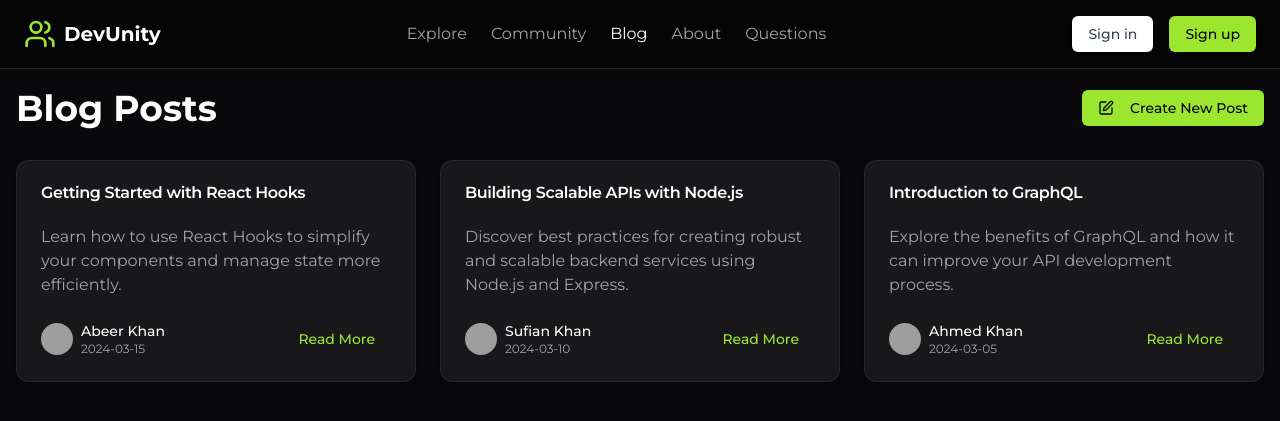
Repository: asadullah48/asadullahshafique_devunity
Page: /blogs
The author's editor kept a copy of each file at every save. The page is drawn from the files as they stood at one save, then again after the next save.
The browser window is 1280 px wide. The pictures show the whole page.
Pictures or frames that could not be fetched are drawn as grey boxes. The project was rebuilt for these pictures with package versions that can differ from the ones it lists, and the page was loaded fresh each time. The framework's server and built-in components were replaced by stand-ins that run in the browser. Also part of the build but not shown: next.config.js, next.config.ts.

Above is the page before, as saved 2024-11-10 10:12:26.

### src/app/layout.tsx
import type { Metadata } from "next";
import "./globals.css";
import { Montserrat } from "next/font/google";
import Navbar from "@/components/Navbar";

const montserrat = Montserrat({ subsets: ["latin"] });

export const metadata: Metadata = {
  title: "DevUnity",
  description:
    "A collaborative platform for developers to share knowledge, answer questions, and publish blogs",
};

export default function RootLayout({
  children,
}: Readonly<{
  children: React.ReactNode;
}>) {
  return (
    <html lang="en">
      <body className={montserrat.className}>
        <Navbar />
        {children}
      </body>
    </html>
  );
}

### src/app/blogs/page.tsx
import Link from "next/link";
import { Button } from "@/components/ui/button";
import {
  Card,
  CardContent,
  CardFooter,
  CardHeader,
  CardTitle,
} from "@/components/ui/card";
import { Avatar, AvatarFallback, AvatarImage } from "@/components/ui/avatar";
import { PenSquare } from "lucide-react";

export default function BlogPage() {
  const blogPosts = [
    {
      title: "Getting Started with React Hooks",
      excerpt:
        "Learn how to use React Hooks to simplify your components and manage state more efficiently.",
      author: "Abeer Khan",
      date: "2024-03-15",
      avatar: "/placeholder.svg?height=50&width=50",
    },
    {
      title: "Building Scalable APIs with Node.js",
      excerpt:
        "Discover best practices for creating robust and scalable backend services using Node.js and Express.",
      author: "Sufian Khan",
      date: "2024-03-10",
      avatar: "/placeholder.svg?height=50&width=50",
    },
    {
      title: "Introduction to GraphQL",
      excerpt:
        "Explore the benefits of GraphQL and how it can improve your API development process.",
      author: "Ahmed Khan",
      date: "2024-03-05",
      avatar: "/placeholder.svg?height=50&width=50",
    },
  ];

  return (
    <div className="min-h-screen bg-zinc-950">
      <div className="container mx-auto px-4 py-8">
        <div className="flex justify-between items-center mb-8 mt-12 md:mt-14">
          <h1 className="text-2xl md:text-4xl font-bold text-white">
            Blog Posts
          </h1>
          <Button className="bg-[#9CE630] text-black hover:bg-[#8BD520]">
            <PenSquare className="mr-2 h-4 w-4" />
            Create New Post
          </Button>
        </div>
        <div className="grid gap-6 md:grid-cols-2 lg:grid-cols-3">
          {blogPosts.map((post, index) => (
            <Card key={index} className="bg-zinc-900 border-zinc-800">
              <CardHeader>
                <CardTitle className="text-white">{post.title}</CardTitle>
              </CardHeader>
              <CardContent>
                <p className="text-zinc-400">{post.excerpt}</p>
              </CardContent>
              <CardFooter className="flex justify-between items-center">
                <div className="flex items-center space-x-2">
                  <Avatar className="h-8 w-8">
                    <AvatarImage src={post.avatar} alt={post.author} />
                    <AvatarFallback>
                      {post.author
                        .split(" ")
                        .map((n) => n[0])
                        .join("")}
                    </AvatarFallback>
                  </Avatar>
                  <div>
                    <p className="text-sm font-medium text-white">
                      {post.author}
                    </p>
                    <p className="text-xs text-zinc-400">{post.date}</p>
                  </div>
                </div>
                <Button
                  variant="ghost"
                  className="text-[#9CE630] hover:text-[#8BD520] hover:bg-zinc-800"
                >
                  Read More
                </Button>
              </CardFooter>
            </Card>
          ))}
        </div>
      </div>
    </div>
  );
}

### src/app/globals.css
@tailwind base;
@tailwind components;
@tailwind utilities;
@layer base {
  :root {
    --background: 0 0% 100%;
    --foreground: 0 0% 3.9%;
    --card: 0 0% 100%;
    --card-foreground: 0 0% 3.9%;
    --popover: 0 0% 100%;
    --popover-foreground: 0 0% 3.9%;
    --primary: 0 0% 9%;
    --primary-foreground: 0 0% 98%;
    --secondary: 0 0% 96.1%;
    --secondary-foreground: 0 0% 9%;
    --muted: 0 0% 96.1%;
    --muted-foreground: 0 0% 45.1%;
    --accent: 0 0% 96.1%;
    --accent-foreground: 0 0% 9%;
    --destructive: 0 84.2% 60.2%;
    --destructive-foreground: 0 0% 98%;
    --border: 0 0% 89.8%;
    --input: 0 0% 89.8%;
    --ring: 0 0% 3.9%;
    --chart-1: 12 76% 61%;
    --chart-2: 173 58% 39%;
    --chart-3: 197 37% 24%;
    --chart-4: 43 74% 66%;
    --chart-5: 27 87% 67%;
    --radius: 0.5rem;
  }
  .dark {
    --background: 0 0% 3.9%;
    --foreground: 0 0% 98%;
    --card: 0 0% 3.9%;
    --card-foreground: 0 0% 98%;
    --popover: 0 0% 3.9%;
    --popover-foreground: 0 0% 98%;
    --primary: 0 0% 98%;
    --primary-foreground: 0 0% 9%;
    --secondary: 0 0% 14.9%;
    --secondary-foreground: 0 0% 98%;
    --muted: 0 0% 14.9%;
    --muted-foreground: 0 0% 63.9%;
    --accent: 0 0% 14.9%;
    --accent-foreground: 0 0% 98%;
    --destructive: 0 62.8% 30.6%;
    --destructive-foreground: 0 0% 98%;
    --border: 0 0% 14.9%;
    --input: 0 0% 14.9%;
    --ring: 0 0% 83.1%;
    --chart-1: 220 70% 50%;
    --chart-2: 160 60% 45%;
    --chart-3: 30 80% 55%;
    --chart-4: 280 65% 60%;
    --chart-5: 340 75% 55%;
  }
}
@layer base {
  * {
    @apply border-border;
  }
  body {
    @apply bg-background text-foreground;
  }
}

@keyframes fade-in-up {
  from {
    opacity: 0;
    transform: translateY(20px);
  }
  to {
    opacity: 1;
    transform: translateY(0);
  }
}

.animate-fade-in-up {
  animation: fade-in-up 1s ease-out;
}

.animation-delay-1000 {
  animation-delay: 1s;
}

### src/components/Navbar.tsx
// "use client";

// import React, { useState } from "react";
// import Link from "next/link";
// import { Button } from "@/components/ui/button";
// import { Users } from "lucide-react";
// import { CgMenuRight } from "react-icons/cg";
// import {
//   Sheet,
//   SheetContent,
//   SheetTitle,
//   SheetTrigger,
// } from "@/components/ui/sheet";
// import { usePathname } from "next/navigation";

// const Navbar = () => {
//   const [isOpen, setIsOpen] = useState(false);
//   const pathname = usePathname();

//   const closeSheet = () => setIsOpen(false);

//   return (
//     <nav className="border-b z-50 absolute w-full bg-black/50 border-zinc-800">
//       <div className="container mx-auto flex items-center justify-between p-4 lg:px-6">
//         <Link className="flex items-center space-x-2" href="/">
//           <Users className="h-8 w-8 text-[#9CE630]" />
//           <span className="text-xl font-bold text-white">DevUnity</span>
//         </Link>
//         <div className="hidden lg:flex items-center space-x-6">
//           <Link className="text-zinc-400 hover:text-white" href="/explore">
//             Explore
//           </Link>
//           <Link className="text-zinc-400 hover:text-white" href="/community">
//             Community
//           </Link>
//           <Link className="text-zinc-400 hover:text-white" href="/blogs">
//             Blog
//           </Link>
//           <Link className="text-zinc-400 hover:text-white" href="/about">
//             About
//           </Link>
//           <Link className="text-zinc-400 hover:text-white" href="/question">
//             Questions
//           </Link>
//         </div>
//         <div className="flex items-center space-x-4">
//           <Button className="text-gray-700 hover:text-black bg-white hover:bg-white/80 ">
//             Sign in
//           </Button>
//           <Button className="bg-[#9CE630] text-black hover:bg-[#8BD520] hidden lg:block">
//             Sign up
//           </Button>
//           <Sheet open={isOpen} onOpenChange={setIsOpen}>
//             <SheetTrigger asChild className="lg:hidden">
//               <CgMenuRight className="h-6 w-6 text-white" />
//             </SheetTrigger>
//             <SheetContent
//               side="right"
//               className="w-[300px] sm:w-[400px] bg-zinc-900 border-none"
//             >
//               <Link href="/" onClick={closeSheet}>
//                 <SheetTitle className="text-bold text-white flex items-center">
//                   <Users className="mr-2 text-[#9CE630]" />
//                   DevUnity
//                 </SheetTitle>
//               </Link>
//               <nav className="flex flex-col space-y-4 mt-8">
//                 <Link
//                   className="text-zinc-400 hover:text-white"
//                   href="/explore"
//                   onClick={closeSheet}
//                 >
//                   Explore
//                 </Link>
//                 <Link
//                   className="text-zinc-400 hover:text-white"
//                   href="/community"
//                   onClick={closeSheet}
//                 >
//                   Community
//                 </Link>
//                 <Link
//                   className="text-zinc-400 hover:text-white"
//                   href="/blogs"
//                   onClick={closeSheet}
//                 >
//                   Blog
//                 </Link>
//                 <Link
//                   className="text-zinc-400 hover:text-white"
//                   href="/about"
//                   onClick={closeSheet}
//                 >
//                   About
//                 </Link>
//                 <Link
//                   className="text-zinc-400 hover:text-white"
//                   href="/question"
//                   onClick={closeSheet}
//                 >
//                   Questions
//                 </Link>
//                 <Button
//                   className="bg-[#9CE630] text-black hover:bg-[#8BD520] w-full mt-4"
//                   onClick={closeSheet}
//                 >
//                   Sign up
//                 </Button>
//               </nav>
//             </SheetContent>
//           </Sheet>
//         </div>
//       </div>
//     </nav>
//   );
// };

// export default Navbar;

"use client";

import React, { useState } from "react";
import Link from "next/link";
import { Button } from "@/components/ui/button";
import { Users } from "lucide-react";
import { CgMenuRight } from "react-icons/cg";
import {
  Sheet,
  SheetContent,
  SheetTitle,
  SheetTrigger,
} from "@/components/ui/sheet";
import { usePathname } from "next/navigation";

const Navbar = () => {
  const [isOpen, setIsOpen] = useState(false);
  const pathname = usePathname(); // Get the current path

  const closeSheet = () => setIsOpen(false);

  // Function to set active class based on path
  const linkClasses = (path: any) =>
    pathname === path ? "text-white" : "text-zinc-400 hover:text-white";

  return (
    <nav className="border-b z-50 absolute w-full bg-black/50 border-zinc-800">
      <div className="container mx-auto flex items-center justify-between p-4 lg:px-6">
        <Link className="flex items-center space-x-2" href="/">
          <Users className="h-8 w-8 text-[#9CE630]" />
          <span className="text-xl font-bold text-white">DevUnity</span>
        </Link>
        <div className="hidden lg:flex items-center space-x-6">
          <Link className={linkClasses("/explore")} href="/explore">
            Explore
          </Link>
          <Link className={linkClasses("/community")} href="/community">
            Community
          </Link>
          <Link className={linkClasses("/blogs")} href="/blogs">
            Blog
          </Link>
          <Link className={linkClasses("/about")} href="/about">
            About
          </Link>
          <Link className={linkClasses("/question")} href="/question">
            Questions
          </Link>
        </div>
        <div className="flex items-center space-x-4">
          <Button className="text-gray-700 hover:text-black bg-white hover:bg-white/80 ">
            Sign in
          </Button>
          <Button className="bg-[#9CE630] text-black hover:bg-[#8BD520] hidden lg:block">
            Sign up
          </Button>
          <Sheet open={isOpen} onOpenChange={setIsOpen}>
            <SheetTrigger asChild className="lg:hidden">
              <CgMenuRight className="h-6 w-6 text-white" />
            </SheetTrigger>
            <SheetContent
              side="right"
              className="w-[300px] sm:w-[400px] bg-zinc-900 border-none"
            >
              <Link href="/" onClick={closeSheet}>
                <SheetTitle className="text-bold text-white flex items-center">
                  <Users className="mr-2 text-[#9CE630]" />
                  DevUnity
                </SheetTitle>
              </Link>
              <nav className="flex flex-col space-y-4 mt-8">
                <Link
                  className={linkClasses("/explore")}
                  href="/explore"
                  onClick={closeSheet}
                >
                  Explore
                </Link>
                <Link
                  className={linkClasses("/community")}
                  href="/community"
                  onClick={closeSheet}
                >
                  Community
                </Link>
                <Link
                  className={linkClasses("/blogs")}
                  href="/blogs"
                  onClick={closeSheet}
                >
                  Blog
                </Link>
                <Link
                  className={linkClasses("/about")}
                  href="/about"
                  onClick={closeSheet}
                >
                  About
                </Link>
                <Link
                  className={linkClasses("/question")}
                  href="/question"
                  onClick={closeSheet}
                >
                  Questions
                </Link>
                <Button
                  className="bg-[#9CE630] text-black hover:bg-[#8BD520] w-full mt-4"
                  onClick={closeSheet}
                >
                  Sign up
                </Button>
              </nav>
            </SheetContent>
          </Sheet>
        </div>
      </div>
    </nav>
  );
};

export default Navbar;

### src/components/ui/button.tsx
import * as React from "react"
import { Slot } from "@radix-ui/react-slot"
import { cva, type VariantProps } from "class-variance-authority"

import { cn } from "@/lib/utils"

const buttonVariants = cva(
  "inline-flex items-center justify-center gap-2 whitespace-nowrap rounded-md text-sm font-medium transition-colors focus-visible:outline-none focus-visible:ring-1 focus-visible:ring-ring disabled:pointer-events-none disabled:opacity-50 [&_svg]:pointer-events-none [&_svg]:size-4 [&_svg]:shrink-0",
  {
    variants: {
      variant: {
        default:
          "bg-primary text-primary-foreground shadow hover:bg-primary/90",
        destructive:
          "bg-destructive text-destructive-foreground shadow-sm hover:bg-destructive/90",
        outline:
          "border border-input bg-background shadow-sm hover:bg-accent hover:text-accent-foreground",
        secondary:
          "bg-secondary text-secondary-foreground shadow-sm hover:bg-secondary/80",
        ghost: "hover:bg-accent hover:text-accent-foreground",
        link: "text-primary underline-offset-4 hover:underline",
      },
      size: {
        default: "h-9 px-4 py-2",
        sm: "h-8 rounded-md px-3 text-xs",
        lg: "h-10 rounded-md px-8",
        icon: "h-9 w-9",
      },
    },
    defaultVariants: {
      variant: "default",
      size: "default",
    },
  }
)

export interface ButtonProps
  extends React.ButtonHTMLAttributes<HTMLButtonElement>,
    VariantProps<typeof buttonVariants> {
  asChild?: boolean
}

const Button = React.forwardRef<HTMLButtonElement, ButtonProps>(
  ({ className, variant, size, asChild = false, ...props }, ref) => {
    const Comp = asChild ? Slot : "button"
    return (
      <Comp
        className={cn(buttonVariants({ variant, size, className }))}
        ref={ref}
        {...props}
      />
    )
  }
)
Button.displayName = "Button"

export { Button, buttonVariants }

### src/components/ui/card.tsx
import * as React from "react"

import { cn } from "@/lib/utils"

const Card = React.forwardRef<
  HTMLDivElement,
  React.HTMLAttributes<HTMLDivElement>
>(({ className, ...props }, ref) => (
  <div
    ref={ref}
    className={cn(
      "rounded-xl border bg-card text-card-foreground shadow",
      className
    )}
    {...props}
  />
))
Card.displayName = "Card"

const CardHeader = React.forwardRef<
  HTMLDivElement,
  React.HTMLAttributes<HTMLDivElement>
>(({ className, ...props }, ref) => (
  <div
    ref={ref}
    className={cn("flex flex-col space-y-1.5 p-6", className)}
    {...props}
  />
))
CardHeader.displayName = "CardHeader"

const CardTitle = React.forwardRef<
  HTMLDivElement,
  React.HTMLAttributes<HTMLDivElement>
>(({ className, ...props }, ref) => (
  <div
    ref={ref}
    className={cn("font-semibold leading-none tracking-tight", className)}
    {...props}
  />
))
CardTitle.displayName = "CardTitle"

const CardDescription = React.forwardRef<
  HTMLDivElement,
  React.HTMLAttributes<HTMLDivElement>
>(({ className, ...props }, ref) => (
  <div
    ref={ref}
    className={cn("text-sm text-muted-foreground", className)}
    {...props}
  />
))
CardDescription.displayName = "CardDescription"

const CardContent = React.forwardRef<
  HTMLDivElement,
  React.HTMLAttributes<HTMLDivElement>
>(({ className, ...props }, ref) => (
  <div ref={ref} className={cn("p-6 pt-0", className)} {...props} />
))
CardContent.displayName = "CardContent"

const CardFooter = React.forwardRef<
  HTMLDivElement,
  React.HTMLAttributes<HTMLDivElement>
>(({ className, ...props }, ref) => (
  <div
    ref={ref}
    className={cn("flex items-center p-6 pt-0", className)}
    {...props}
  />
))
CardFooter.displayName = "CardFooter"

export { Card, CardHeader, CardFooter, CardTitle, CardDescription, CardContent }

### src/components/ui/avatar.tsx
"use client"

import * as React from "react"
import * as AvatarPrimitive from "@radix-ui/react-avatar"

import { cn } from "@/lib/utils"

const Avatar = React.forwardRef<
  React.ElementRef<typeof AvatarPrimitive.Root>,
  React.ComponentPropsWithoutRef<typeof AvatarPrimitive.Root>
>(({ className, ...props }, ref) => (
  <AvatarPrimitive.Root
    ref={ref}
    className={cn(
      "relative flex h-10 w-10 shrink-0 overflow-hidden rounded-full",
      className
    )}
    {...props}
  />
))
Avatar.displayName = AvatarPrimitive.Root.displayName

const AvatarImage = React.forwardRef<
  React.ElementRef<typeof AvatarPrimitive.Image>,
  React.ComponentPropsWithoutRef<typeof AvatarPrimitive.Image>
>(({ className, ...props }, ref) => (
  <AvatarPrimitive.Image
    ref={ref}
    className={cn("aspect-square h-full w-full", className)}
    {...props}
  />
))
AvatarImage.displayName = AvatarPrimitive.Image.displayName

const AvatarFallback = React.forwardRef<
  React.ElementRef<typeof AvatarPrimitive.Fallback>,
  React.ComponentPropsWithoutRef<typeof AvatarPrimitive.Fallback>
>(({ className, ...props }, ref) => (
  <AvatarPrimitive.Fallback
    ref={ref}
    className={cn(
      "flex h-full w-full items-center justify-center rounded-full bg-muted",
      className
    )}
    {...props}
  />
))
AvatarFallback.displayName = AvatarPrimitive.Fallback.displayName

export { Avatar, AvatarImage, AvatarFallback }

### src/components/ui/sheet.tsx
"use client"

import * as React from "react"
import * as SheetPrimitive from "@radix-ui/react-dialog"
import { cva, type VariantProps } from "class-variance-authority"
import { X } from "lucide-react"

import { cn } from "@/lib/utils"

const Sheet = SheetPrimitive.Root

const SheetTrigger = SheetPrimitive.Trigger

const SheetClose = SheetPrimitive.Close

const SheetPortal = SheetPrimitive.Portal

const SheetOverlay = React.forwardRef<
  React.ElementRef<typeof SheetPrimitive.Overlay>,
  React.ComponentPropsWithoutRef<typeof SheetPrimitive.Overlay>
>(({ className, ...props }, ref) => (
  <SheetPrimitive.Overlay
    className={cn(
      "fixed inset-0 z-50 bg-black/80  data-[state=open]:animate-in data-[state=closed]:animate-out data-[state=closed]:fade-out-0 data-[state=open]:fade-in-0",
      className
    )}
    {...props}
    ref={ref}
  />
))
SheetOverlay.displayName = SheetPrimitive.Overlay.displayName

const sheetVariants = cva(
  "fixed z-50 gap-4 bg-background p-6 shadow-lg transition ease-in-out data-[state=closed]:duration-300 data-[state=open]:duration-500 data-[state=open]:animate-in data-[state=closed]:animate-out",
  {
    variants: {
      side: {
        top: "inset-x-0 top-0 border-b data-[state=closed]:slide-out-to-top data-[state=open]:slide-in-from-top",
        bottom:
          "inset-x-0 bottom-0 border-t data-[state=closed]:slide-out-to-bottom data-[state=open]:slide-in-from-bottom",
        left: "inset-y-0 left-0 h-full w-3/4 border-r data-[state=closed]:slide-out-to-left data-[state=open]:slide-in-from-left sm:max-w-sm",
        right:
          "inset-y-0 right-0 h-full w-3/4 border-l data-[state=closed]:slide-out-to-right data-[state=open]:slide-in-from-right sm:max-w-sm",
      },
    },
    defaultVariants: {
      side: "right",
    },
  }
)

interface SheetContentProps
  extends React.ComponentPropsWithoutRef<typeof SheetPrimitive.Content>,
    VariantProps<typeof sheetVariants> {}

const SheetContent = React.forwardRef<
  React.ElementRef<typeof SheetPrimitive.Content>,
  SheetContentProps
>(({ side = "right", className, children, ...props }, ref) => (
  <SheetPortal>
    <SheetOverlay />
    <SheetPrimitive.Content
      ref={ref}
      className={cn(sheetVariants({ side }), className)}
      {...props}
    >
      <SheetPrimitive.Close className="absolute right-4 top-4 rounded-sm opacity-70 ring-offset-background transition-opacity hover:opacity-100 focus:outline-none focus:ring-2 focus:ring-ring focus:ring-offset-2 disabled:pointer-events-none data-[state=open]:bg-secondary">
        <X className="h-4 w-4" />
        <span className="sr-only">Close</span>
      </SheetPrimitive.Close>
      {children}
    </SheetPrimitive.Content>
  </SheetPortal>
))
SheetContent.displayName = SheetPrimitive.Content.displayName

const SheetHeader = ({
  className,
  ...props
}: React.HTMLAttributes<HTMLDivElement>) => (
  <div
    className={cn(
      "flex flex-col space-y-2 text-center sm:text-left",
      className
    )}
    {...props}
  />
)
SheetHeader.displayName = "SheetHeader"

const SheetFooter = ({
  className,
  ...props
}: React.HTMLAttributes<HTMLDivElement>) => (
  <div
    className={cn(
      "flex flex-col-reverse sm:flex-row sm:justify-end sm:space-x-2",
      className
    )}
    {...props}
  />
)
SheetFooter.displayName = "SheetFooter"

const SheetTitle = React.forwardRef<
  React.ElementRef<typeof SheetPrimitive.Title>,
  React.ComponentPropsWithoutRef<typeof SheetPrimitive.Title>
>(({ className, ...props }, ref) => (
  <SheetPrimitive.Title
    ref={ref}
    className={cn("text-lg font-semibold text-foreground", className)}
    {...props}
  />
))
SheetTitle.displayName = SheetPrimitive.Title.displayName

const SheetDescription = React.forwardRef<
  React.ElementRef<typeof SheetPrimitive.Description>,
  React.ComponentPropsWithoutRef<typeof SheetPrimitive.Description>
>(({ className, ...props }, ref) => (
  <SheetPrimitive.Description
    ref={ref}
    className={cn("text-sm text-muted-foreground", className)}
    {...props}
  />
))
SheetDescription.displayName = SheetPrimitive.Description.displayName

export {
  Sheet,
  SheetPortal,
  SheetOverlay,
  SheetTrigger,
  SheetClose,
  SheetContent,
  SheetHeader,
  SheetFooter,
  SheetTitle,
  SheetDescription,
}

Loaded but not shown: src/lib/utils.ts (common file); tailwind.config.ts (common file)

After the next save:
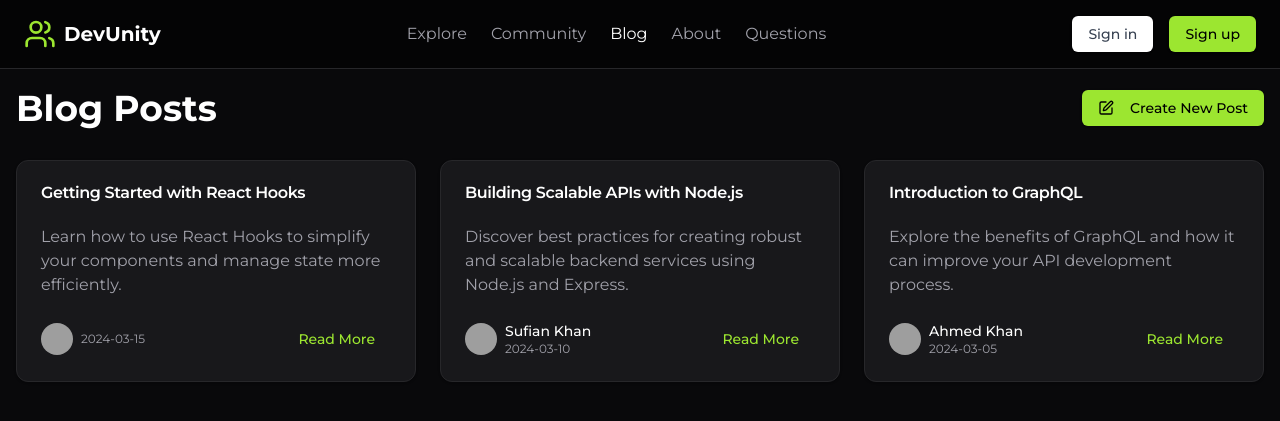
Saved 13 min 29 s later.
--- a/src/app/blogs/page.tsx
+++ b/src/app/blogs/page.tsx
@@ -16,7 +16,7 @@ export default function BlogPage() {
       title: "Getting Started with React Hooks",
       excerpt:
         "Learn how to use React Hooks to simplify your components and manage state more efficiently.",
-      author: "Abeer Khan",
+      author: "",
       date: "2024-03-15",
       avatar: "/placeholder.svg?height=50&width=50",
     },
